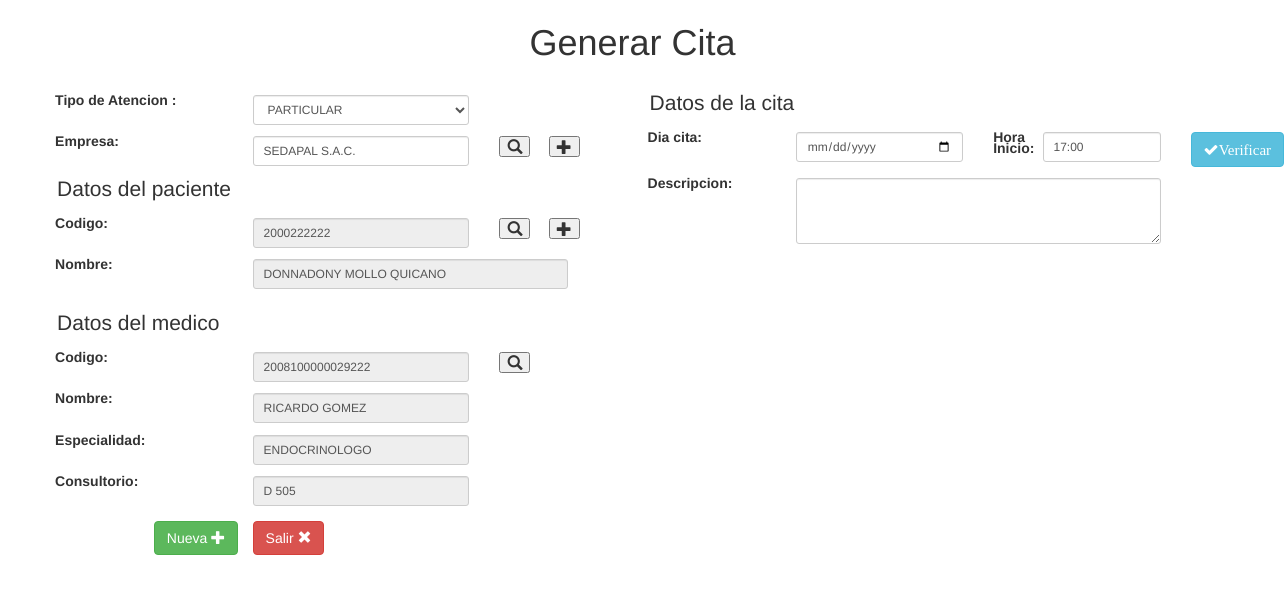
Repository: Donyx10/ADSII-ProyectoClinica
Page: http://localhost/AvanceWeb/GeneraCitaMedica.jsp
These files come from the project's save history. The page is drawn as it stood at one moment and after the next save; the edit follows.
The browser window is 1280 px wide. The page is 1284 px wide, then 1285 px, so the pictures cover 1285 px, including what lies to the right of the window. The pictures show the whole page.
Some web fonts or font styles are not loaded; a fallback is used. The page is served by Tomcat 9. Other server files are loaded and not shown.

Above is the page before, as saved 2018-06-04 05:44:49.

### WebDemo/AvanceWeb/WebContent/GeneraCitaMedica.jsp
<!DOCTYPE html>
<html lang="esS">
<head>
<meta charset="UTF-8">
<meta name="viewport"
	content="width=device-width, initial-scale=1, maximum-scale=1, user-scalable=no">
<script type="text/javascript" src="js/jquery.min.js"></script>
<script type="text/javascript" src="js/jquery.dataTables.min.js"></script>
<script type="text/javascript" src="js/dataTables.bootstrap.min.js"></script>
<script type="text/javascript" src="js/bootstrap.min.js"></script>
<script type="text/javascript" src="js/bootstrapValidator.js"></script>
<link rel="stylesheet" href="css/bootstrap.css" />
<link rel="stylesheet" href="css/dataTables.bootstrap.min.css" />
<link rel="stylesheet" href="css/style.css" />
<link rel="stylesheet" href="css/bootstrapValidator.css" />
<link rel="stylesheet"
	href="https://cdnjs.cloudflare.com/ajax/libs/font-awesome/4.7.0/css/font-awesome.min.css">
<title>Generar Cita</title>

</head>
<body>

	<div class="container" style="padding-top: 3px; line-height: 0.8; padding-left: 0.1px;">
		<h1 align="center">Generar Cita</h1>
		<br>
		<br>
		<form action="generarCita" id="id_form">
			<div class="form-group row">
				<div class="col-md-6" >

					<div class="form-group row" align="left" id="atencion">
						<div class="col-md-12" >
							<div class="row">
								<div class="col-md-4">
									<label for="atencion">Tipo de Atencion : </label>
								</div>
								<div class="col-md-5">
									<select class="form-control input-sm" style="">
										<option>PARTICULAR
										<option>EPS
										<option>SEGURO
									</select>
								</div>
							</div>
							<br>
							<div class="row">
									<div class="col-md-4">
										<label class="" for="id_codigo">Empresa:</label>
									</div>
									<div class="col-md-5">
										<input class="form-control input-sm" type="text"
											value="SEDAPAL S.A.C." id="" name=""
											placeholder="Ingrese el codigo">
									</div>
									<div class="col-md-1" align="right">
										<button style="font-size: 15px">
											<i class="glyphicon glyphicon-search"></i>
										</button>
									</div>
									<div class="col-sm-1">
										<button style="font-size: 15px">
											<i class="glyphicon glyphicon-plus"></i>
										</button>
									</div>
								</div>

						</div>
					</div>

					<div class="form-group row" align="left" id="paciente">
						<div class="col-md-12" >
							<fieldset>
								<legend>Datos del paciente</legend>
								<div class="row">
									<div class="col-md-4">
										<label class="" for="id_codigo">Codigo:</label>
									</div>
									<div class="col-md-5">
										<input class="form-control input-sm" type="text" readonly="readonly"
											value="2000222222" id="" name=""
											placeholder="Ingrese el codigo">
									</div>
									<div class="col-md-1" align="right">
										<button style="font-size: 15px">
											<i class="glyphicon glyphicon-search"></i>
										</button>
									</div>
									<div class="col-sm-1">
										<button style="font-size: 15px">
											<i class="glyphicon glyphicon-plus"></i>
										</button>
									</div>
								</div>
								<br>
								<div class="row">
									<div class="col-md-4">
										<label class="" for="">Nombre:</label>
									</div>
									<div class="col-md-7">
										<input class="form-control input-sm" type="text" readonly="readonly"
											value="DONNADONY MOLLO QUICANO" id="" name=""
											placeholder="Ingrese el nombre" size="30">
									</div>
								</div>

							</fieldset>
						</div>

					</div>

					<br>
					<div class="form-group row" id="cita" >
						<div class="col-md-12">
						<fieldset>
								<legend>Datos del medico</legend>

								<div class="row">
									<div class="col-md-4">
										<label class="" for="id_codigo">Codigo:</label>
									</div>
									<div class="col-md-5">
										<input class="form-control input-sm" type="text" readonly="readonly"
											id="id_codigo" value="2008100000029222"
											name="computadora.nombre" placeholder="Ingrese el codigo">

									</div>
									<div class="col-md-1">
										<button style="font-size: 15px">
											<i class="glyphicon glyphicon-search"></i>
										</button>
									</div>
								</div>
								<br>
								<div class="row">
									<div class="col-md-4">
										<label class="" for="">Nombre:</label>
									</div>
									<div class="col-md-5">
										<input class="form-control input-sm" type="text" id="" readonly="readonly"
											value="RICARDO GOMEZ" name="" placeholder="Ingrese el nombre">
									</div>
								</div>
								<br>
								<div class="row">
									<div class="col-md-4">
										<label class="" for="">Especialidad:</label>
									</div>
									<div class="col-md-5">
										<input class="form-control input-sm" type="text" id="" name="" readonly="readonly"
											value="ENDOCRINOLOGO" placeholder="Ingrese la especialidad">
									</div>
								</div>
								<br>
								<div class="row">
									<div class="col-md-4">
										<label class="" for="">Consultorio:</label>
									</div>
									<div class="col-md-5">
										<input class="form-control input-sm" type="text" id="" name="" readonly="readonly"
											value="D 505" placeholder="Ingrese el consultorio">
									</div>
								</div>
							</fieldset>

						</div>
					</div>
					<div class="form-group row" id="botones">
						<div class="col-md-2" align="center"></div>
						<div class="col-md-2" align="center">
							<button type="submit" class="btn btn-success">
								Nueva <span class="glyphicon glyphicon-plus"></span>
							</button>
						</div>
						<div class="col-md-2" align="center">
							<button type="submit" class="btn btn-danger">
								Salir <span class="glyphicon glyphicon-remove"></span>
							</button>
						</div>
					</div>
				</div>
				<div class="col-md-6" >
					<div class="form-group row" id="medico"
						>
						<div class="col-md-12" >
							<fieldset>
								<legend>Datos de la cita </legend>
								<!--
								<div class="row">
									<div class="col-md-3">
										<label class="" for="">Especialidad:</label>
									</div>
									<div class="col-md-4">
										<select class="form-control input-sm">
											<option>TRAUMATOLOGIA
											<option>CIRUJIA
											<option>GINECOLOGIA
										</select>
									</div>
								</div>
								<br>
								 -->
								<!--
						<div class="row">
							<div class="col-md-3">
								<label class="" for="">Numero:</label>
							</div>
							<div class="col-md-3">
								<input class="form-control" type="text" id="" name="" value="001-000029"
									size="10" placeholder="Numero">
							</div>
						</div>
						<br>-->
								<div class="row">
									<div class="col-md-3">
										<label class="" for="id_codigo">Dia cita:</label>
									</div>
									<div class="col-md-4">
										<input class="form-control input-sm" type="date" id=""
											value="5/18/2018" name="" placeholder="Dia" size="10">

									</div>

									<div class="col-md-1">
										<label class="" for="id_codigo">Hora Inicio:</label>
									</div>
									<div class="col-md-3">
										<input class="form-control input-sm" type="text" id="" name=""
											value="17:00" placeholder="Hora" size="10">

									</div>
									<div class="col-md-1">
										<button style="font-size: 15px" class="btn btn-info">
											<i class="fa fa-check">Verificar</i>
										</button>

									</div>
								</div>
								<br>
								<div class="row">
									<div class="col-md-3">
										<label class="" for="">Descripcion:</label>
									</div>
									<div class="col-lg-8">
										<textarea class="form-control input-sm" rows="3" id="comment"></textarea>
									</div>
								</div>
							</fieldset>
						</div>
					</div>
				</div>
			</div>
		</form>
	</div>
</body>
</html>

### WebDemo/AvanceWeb/WebContent/css/style.css


.table-fixed {
	width: 100%;
	background-color: #f3f3f3;
}

.table-fixed tbody {
	height: 120px;
	overflow-y: auto;
	width: 100%;
}

.table-fixed thead, .table-fixed tbody, .table-fixed tr, .table-fixed td,
	.table-fixed th {
	display: block;
}

.table-fixed tbody td {
	float: left;
}

.table-fixed thead tr th {
	float: left;
	background-color: #f39c12;
	border-color: #e67e22;
}

legend {
    display: block;
    padding-left: 2px;
    padding-right: 2px;
    border: none;
}

Loaded but not shown: WebDemo/AvanceWeb/WebContent/js/jquery.min.js (library); WebDemo/AvanceWeb/WebContent/js/jquery.dataTables.min.js (library); WebDemo/AvanceWeb/WebContent/js/dataTables.bootstrap.min.js (common file); WebDemo/AvanceWeb/WebContent/js/bootstrap.min.js (library); WebDemo/AvanceWeb/WebContent/js/bootstrapValidator.js (library); WebDemo/AvanceWeb/WebContent/css/bootstrap.css (library); WebDemo/AvanceWeb/WebContent/css/dataTables.bootstrap.min.css (library); WebDemo/AvanceWeb/WebContent/css/bootstrapValidator.css (common file)

After the next save:
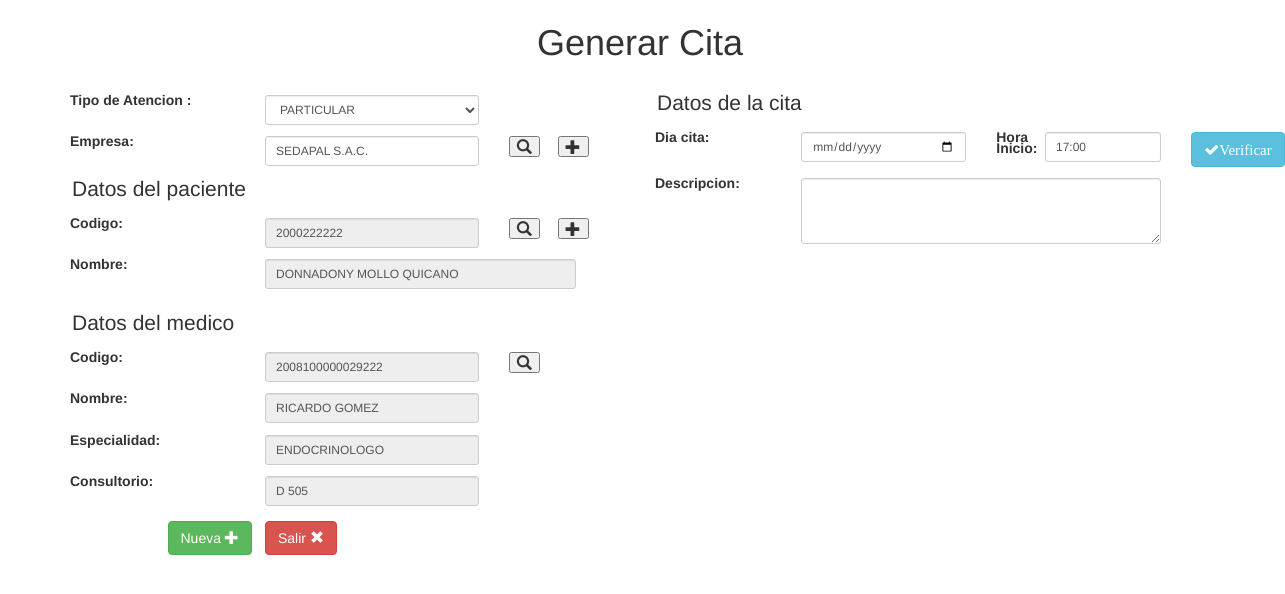
Saved 13 s later.
--- a/WebDemo/AvanceWeb/WebContent/GeneraCitaMedica.jsp
+++ b/WebDemo/AvanceWeb/WebContent/GeneraCitaMedica.jsp
@@ -20,7 +20,7 @@
 </head>
 <body>
 
-	<div class="container" style="padding-top: 3px; line-height: 0.8; padding-left: 0.1px;">
+	<div class="container" style="padding-top: 3px; line-height: 0.8;">
 		<h1 align="center">Generar Cita</h1>
 		<br>
 		<br>
